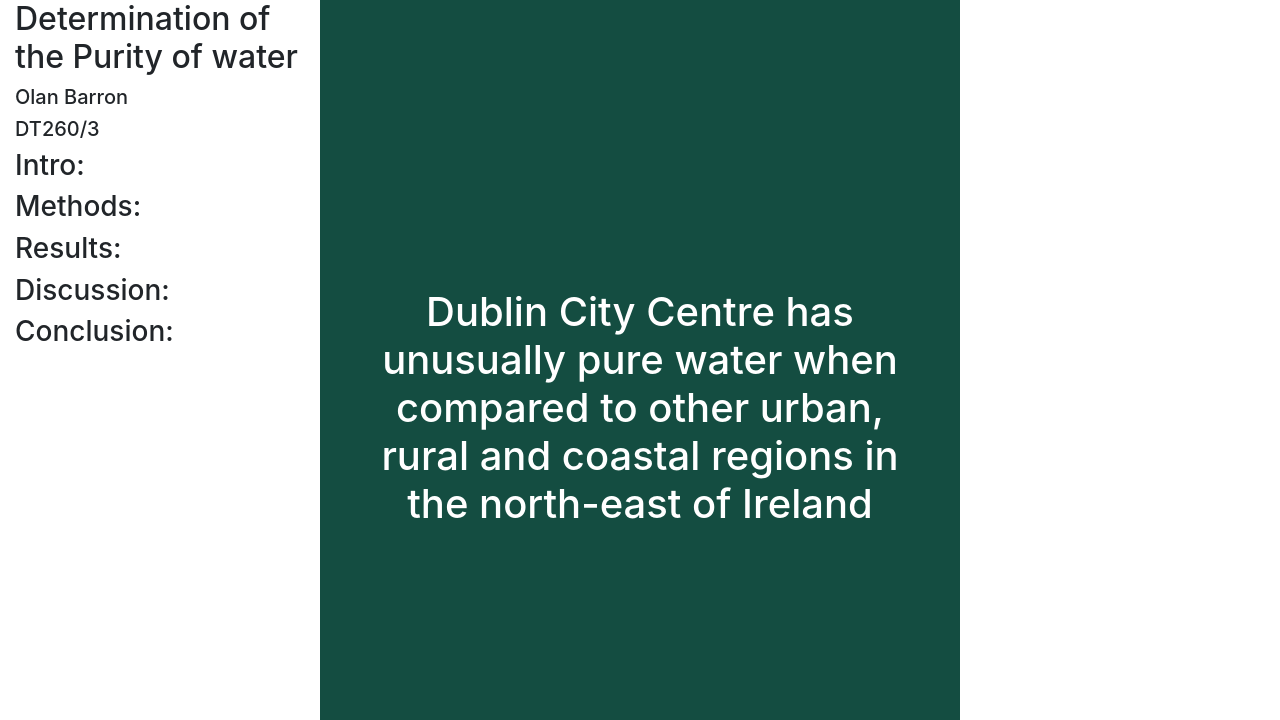
Repository: Olan1/project_poster
Page: index.html
The author's editor kept a record of every edit. The page is drawn from the files as they stood at one moment, then again after the next edit.
The browser window is 1280 px wide. The pictures show the whole page.

Above is the page before.

### index.html
<!DOCTYPE html>
<html lang="en">

<head>
    <meta charset="UTF-8">
    <meta name="viewport" content="width=device-width, initial-scale=1.0">
    <meta http-equiv="X-UA-Compatible" content="ie=edge">

    <!-- Bootstrap -->
    <link rel="stylesheet" href="https://stackpath.bootstrapcdn.com/bootstrap/4.4.1/css/bootstrap.min.css" integrity="sha384-Vkoo8x4CGsO3+Hhxv8T/Q5PaXtkKtu6ug5TOeNV6gBiFeWPGFN9MuhOf23Q9Ifjh" crossorigin="anonymous">

    <!-- Local CSS -->
    <link rel="stylesheet" href="static/style.css" type="text/css" />

    <title>Purity of Water</title>
</head>

<body>
    <div class="container-fluid">
        <div class="row">
            <div class="col-3">
                <h2>Determination of the Purity of water</h2>
                <h5>Olan Barron</h5>
                <h5>DT260/3</h5>

                <h3>Intro:</h3>
                <h3>Methods:</h3>
                <h3>Results:</h3>
                <h3>Discussion:</h3>
                <h3>Conclusion:</h3>
            </div>
            <div class="col-6 bg-green p-0">
                <h1 class="white-text center-text center-align m-5">Dublin City Centre has unusually pure water when compared to other urban, rural and coastal regions in the north-east of Ireland</h1>
            </div>
            <div class="col-3">

            </div>
        </div>
    </div>


    <script src="https://cdnjs.cloudflare.com/ajax/libs/jquery/3.5.0/jquery.min.js"></script>
    <script src="https://cdn.jsdelivr.net/npm/popper.js@1.16.0/dist/umd/popper.min.js" integrity="sha384-Q6E9RHvbIyZFJoft+2mJbHaEWldlvI9IOYy5n3zV9zzTtmI3UksdQRVvoxMfooAo" crossorigin="anonymous"></script>
    <script src="https://stackpath.bootstrapcdn.com/bootstrap/4.4.1/js/bootstrap.min.js" integrity="sha384-wfSDF2E50Y2D1uUdj0O3uMBJnjuUD4Ih7YwaYd1iqfktj0Uod8GCExl3Og8ifwB6" crossorigin="anonymous"></script>
</body>

</html>

### assets/css/style.css
body,
.container-fluid,
.row {
    height: 100vh;
}

.bg-green {
    background-color: #144D41;
}

.white-text {
    color: #ffffff;
}

.center-text {
    text-align: center;
}

.center-align {
    position: absolute;
    top: 50%;
    transform: translate(0, -50%);
}

After the next edit:
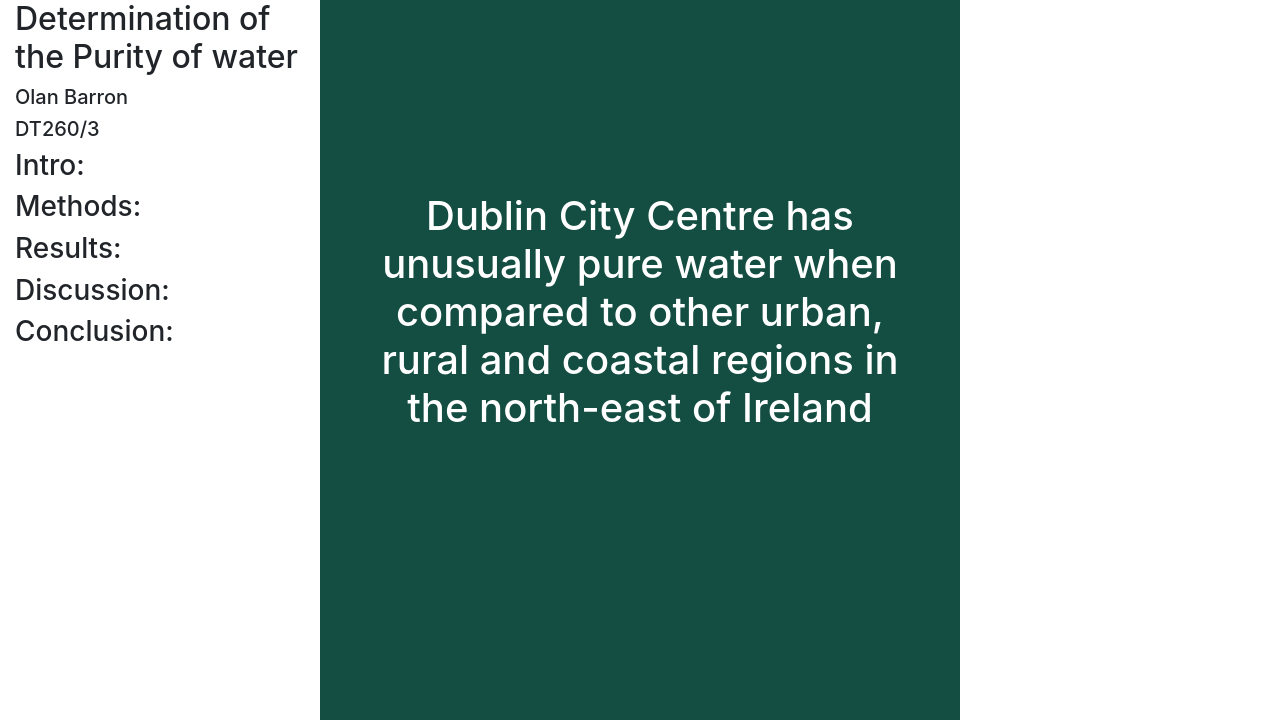
The edit:
--- a/assets/css/style.css
+++ b/assets/css/style.css
@@ -18,6 +18,6 @@
 
 .center-align {
     position: absolute;
-    top: 50%;
-    transform: translate(0, -50%);
+    top: 20%;
+    /*transform: translate(0, -50%);*/
 }
